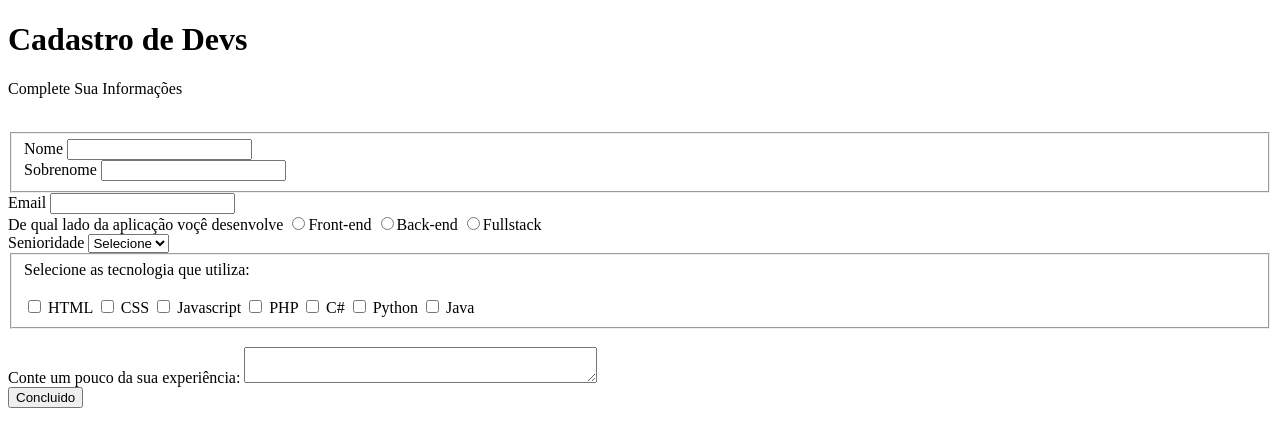
Repository: 2020francesco/formulario
Page: formulario.html
An editor plug-in stored every save of this project. The page is shown before and after a run of saves, followed by the edit.
The browser window is 1280 px wide. The pictures show the whole page.

Above is the page before, as saved 2021-04-20 12:08:51.

After the next 4 saves:
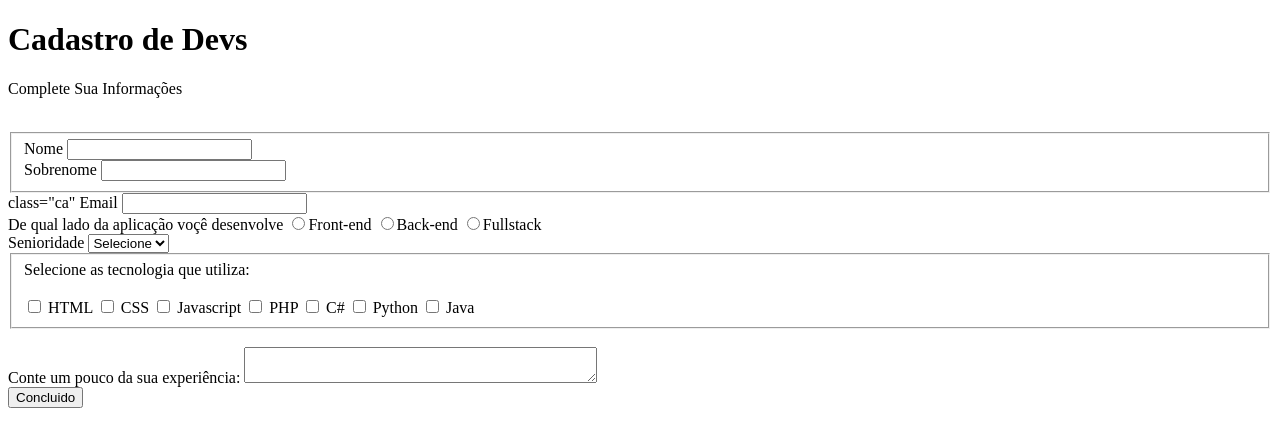
The 4 saves are shown as one change because they came seconds apart.
The last was saved 33 s later.
--- a/formulario.html
+++ b/formulario.html
@@ -27,7 +27,7 @@
         </div>
       </fieldset>
 
-      <div>
+      <div> class="ca"
         <label>Email</label>
         <input type="email" name="email" id="email">
       </div>

After the save that followed:
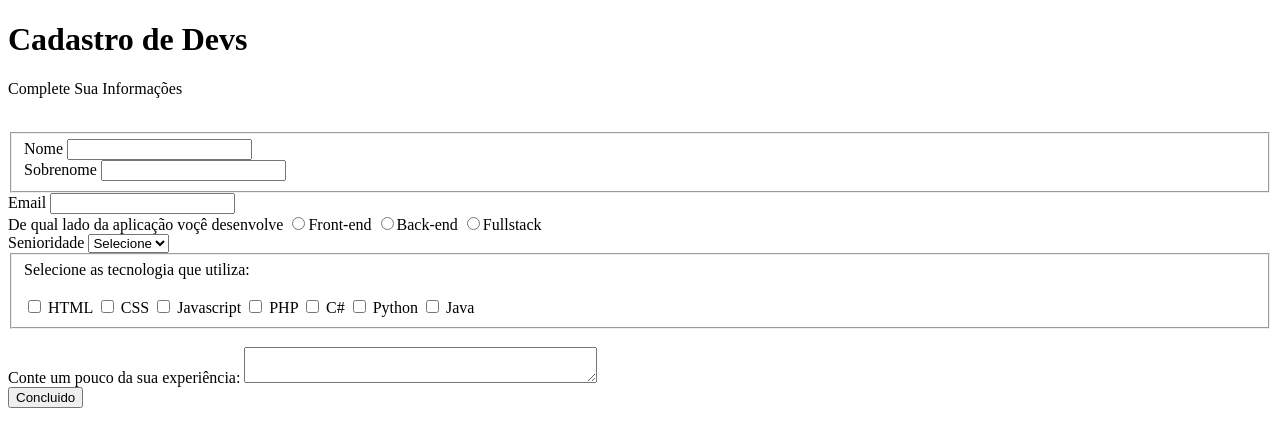
Saved 7 s later.
--- a/formulario.html
+++ b/formulario.html
@@ -27,7 +27,7 @@
         </div>
       </fieldset>
 
-      <div> class="ca"
+      <div>
         <label>Email</label>
         <input type="email" name="email" id="email">
       </div>
